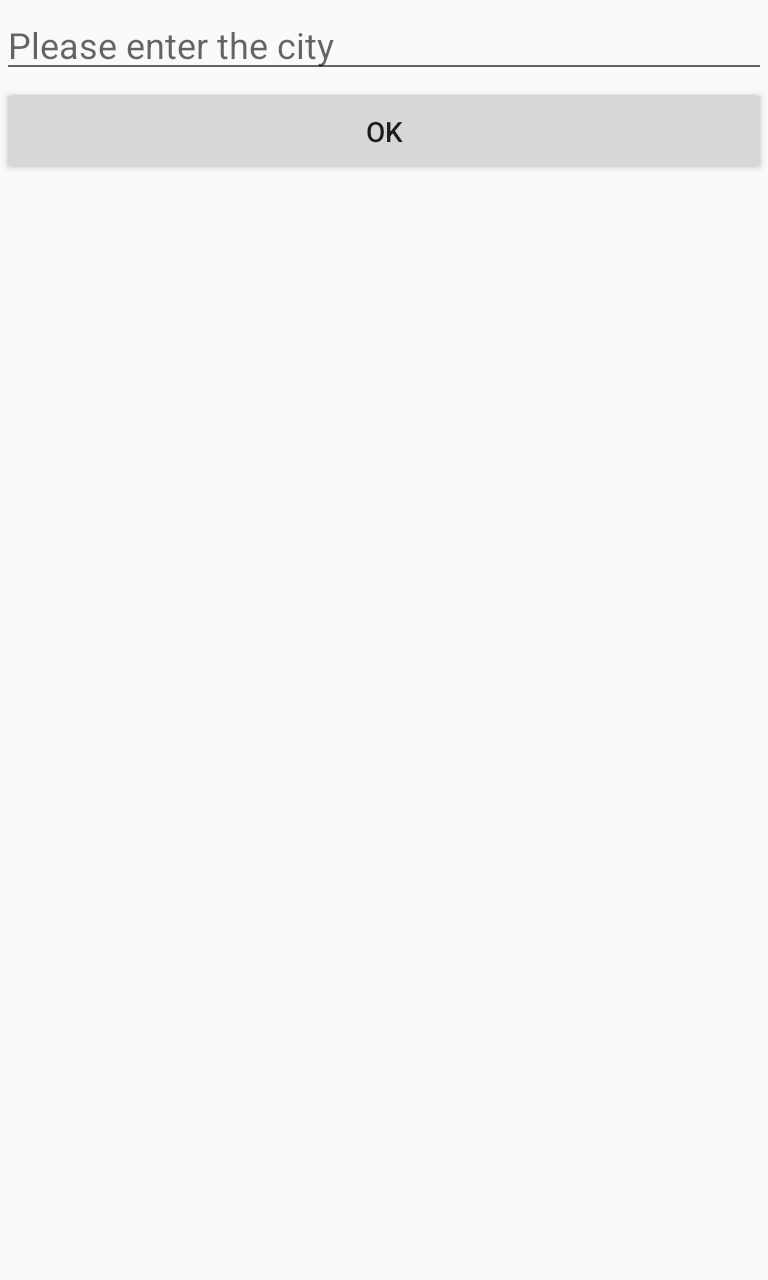
Repository: alexWr/weather-app
Layout: OpenWeatherT/res/layout/city.xml
These files come from the project's save history. The layout is drawn as it stood at one moment and after the next save; the edit follows.
It is drawn on a 768 x 1280 px phone screen (xhdpi) without system bars, with theme AppTheme; the app's code is not run.

Above is the layout before, as saved 2014-10-17 13:53:14.

After the next save:
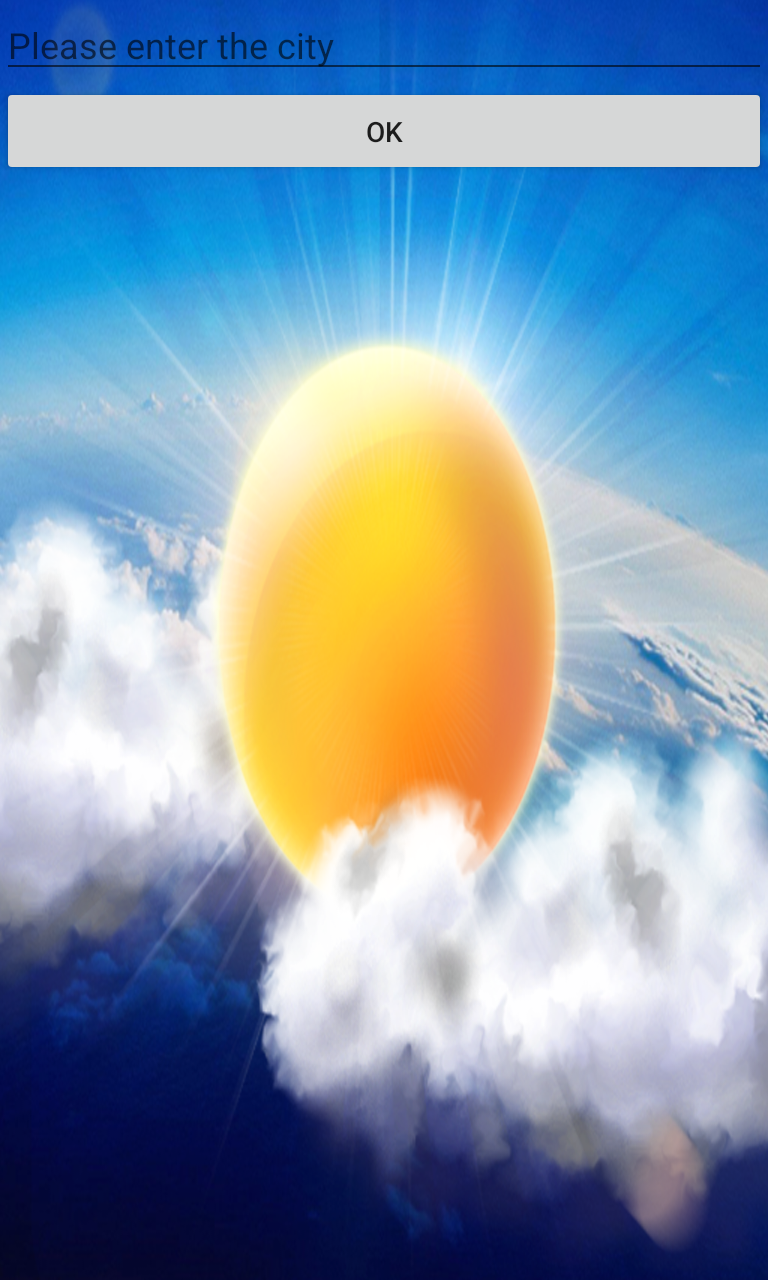
Saved 25 s later.
--- a/OpenWeatherT/res/layout/city.xml
+++ b/OpenWeatherT/res/layout/city.xml
@@ -2,6 +2,7 @@
 <LinearLayout xmlns:android="http://schemas.android.com/apk/res/android"
     android:layout_width="match_parent"
     android:layout_height="match_parent"
+    android:background="@drawable/ab"
     android:orientation="vertical" >
     <EditText
 		android:layout_width="match_parent"
